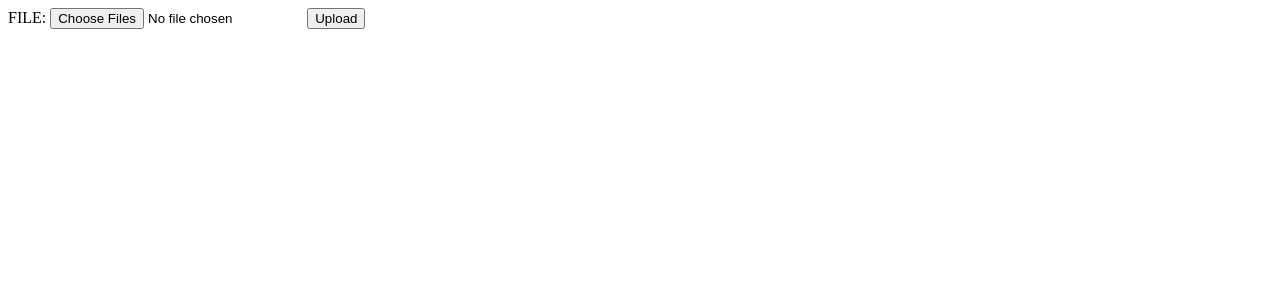
Repository: iuh20002975/www-tuan2
Page: UploadFileDemo/src/main/webapp/index.html
The author's editor kept a copy of each file at every save. The page is drawn from the files as they stood at one save, then again after the next save.
The browser window is 1280 px wide. The pictures show the whole page.

Above is the page before, as saved 2024-09-07 06:37:43.

After the next save:
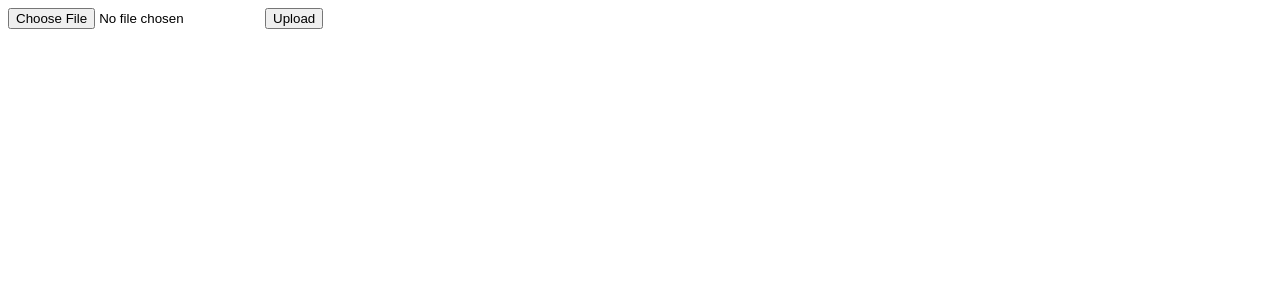
Saved 3 min 35 s later.
--- a/UploadFileDemo/src/main/webapp/index.html
+++ b/UploadFileDemo/src/main/webapp/index.html
@@ -5,9 +5,9 @@
 <title>Insert title here</title>
 </head>
 <body>
-	<form method="POST" action="fileUpload" enctype="multipart/form-data">
-	FILE: <input type="file" name="file[]" multiple="multiple" />
-	<input type="submit" value="Upload" name="upload" id="upload" />
-	</form>
+	 <form method="post" action="fileuploadservlet" enctype="multipart/form-data">
+    <input type="file" name="file" />
+    <input type="submit" value="Upload" />
+  </form>
 </body>
 </html>

After the save that followed:
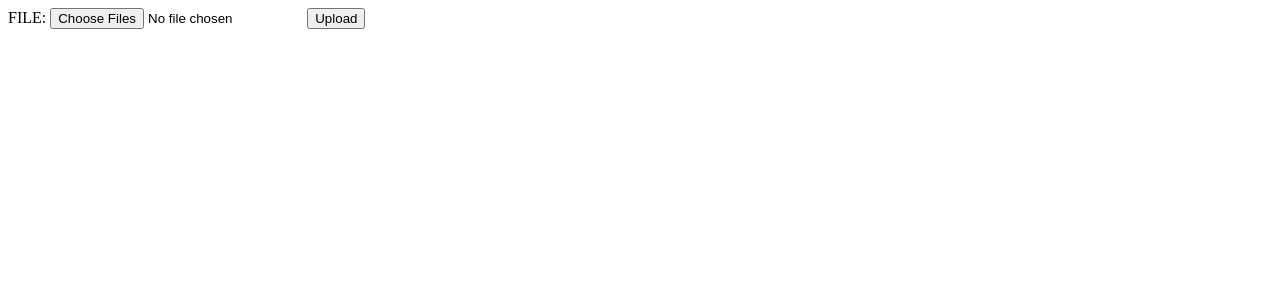
Saved 4 min 22 s later.
--- a/UploadFileDemo/src/main/webapp/index.html
+++ b/UploadFileDemo/src/main/webapp/index.html
@@ -5,9 +5,9 @@
 <title>Insert title here</title>
 </head>
 <body>
-	 <form method="post" action="fileuploadservlet" enctype="multipart/form-data">
-    <input type="file" name="file" />
-    <input type="submit" value="Upload" />
-  </form>
+	<form method="POST" action="fileUpload" enctype="multipart/form-data">
+	FILE: <input type="file" name="file[]" multiple="multiple" />
+	<input type="submit" value="Upload" name="upload" id="upload" />
+	</form>
 </body>
 </html>
